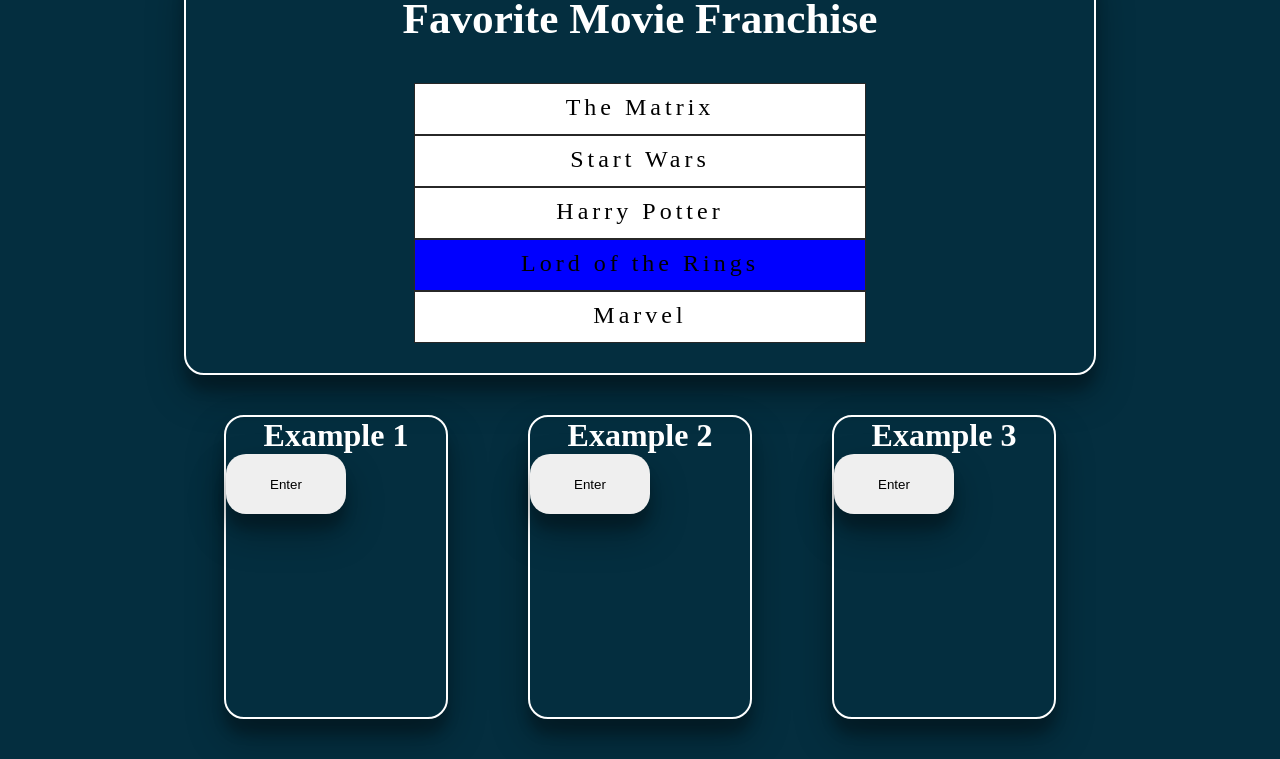
Repository: Ellisvelandia/DOM-Manipulation
Page: index.html
These files come from the project's save history. The page is drawn as it stood at one moment and after a run of saves; the edit follows.
The browser window is 1280 px wide. The pictures show the whole page.

Above is the page before, as saved 2022-08-22 17:00:36.

After the next 2 saves:
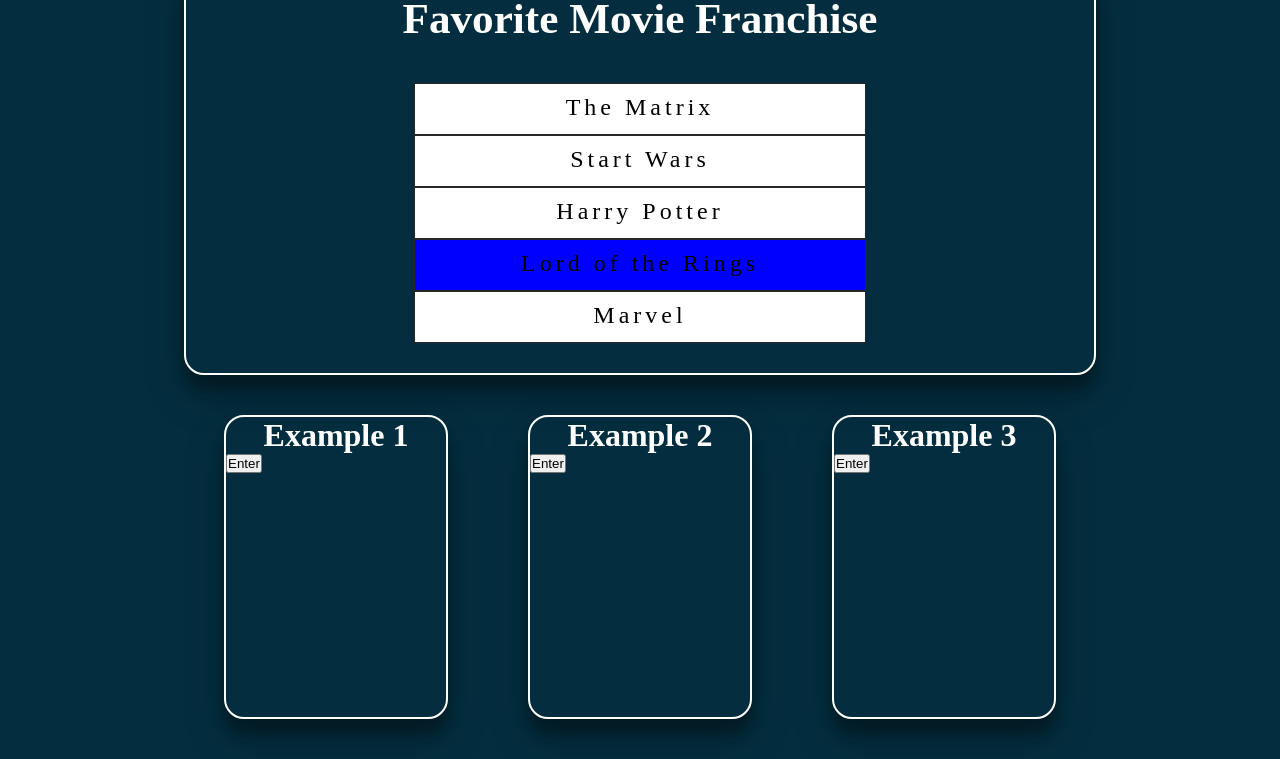
The 2 saves are shown as one change because they came seconds apart.
The last was saved 37 s later.
--- a/style.css
+++ b/style.css
@@ -74,7 +74,7 @@
   text-align: center;
 }
 
-button {
+.btn {
   display: flex;
   align-items: center;
   flex-direction: column;

After the 2 saves that followed:
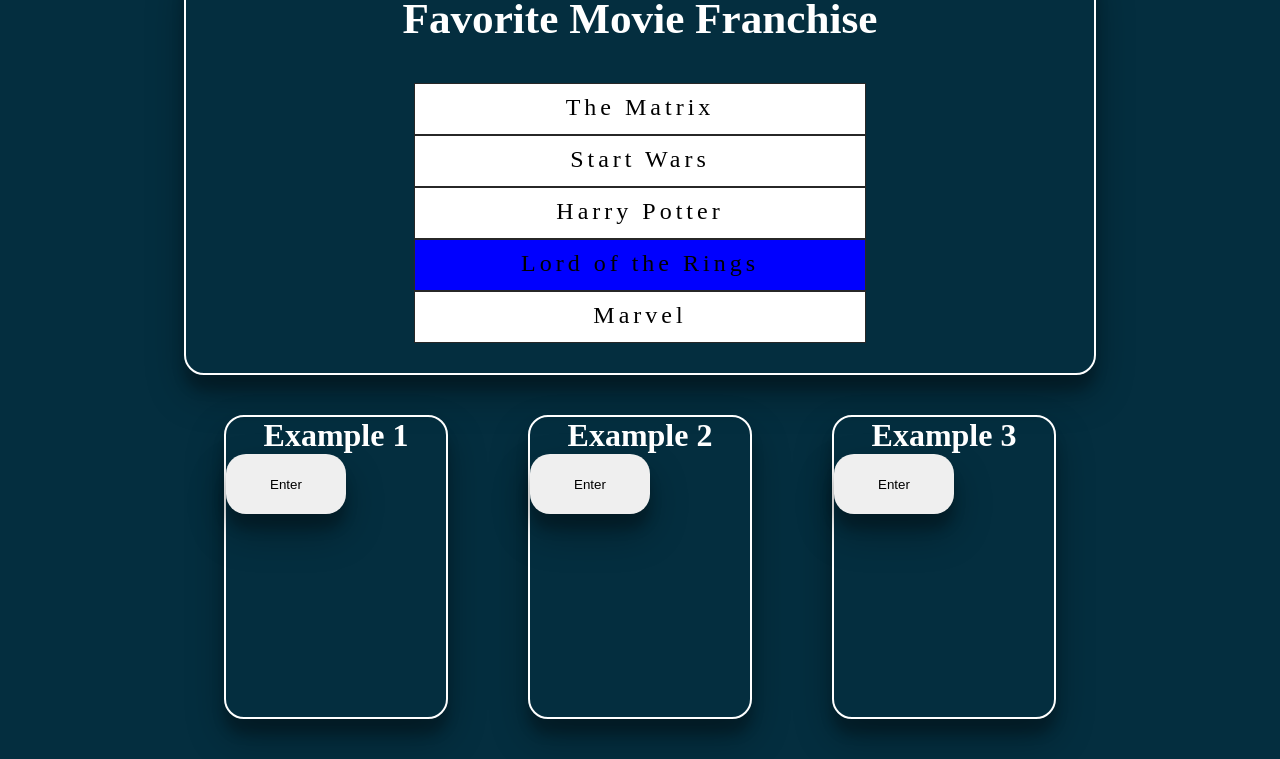
The 2 saves are shown as one change because 1 left the picture as it was.
The last was saved 35 s later.
--- a/style.css
+++ b/style.css
@@ -74,7 +74,7 @@
   text-align: center;
 }
 
-.btn {
+button {
   display: flex;
   align-items: center;
   flex-direction: column;
